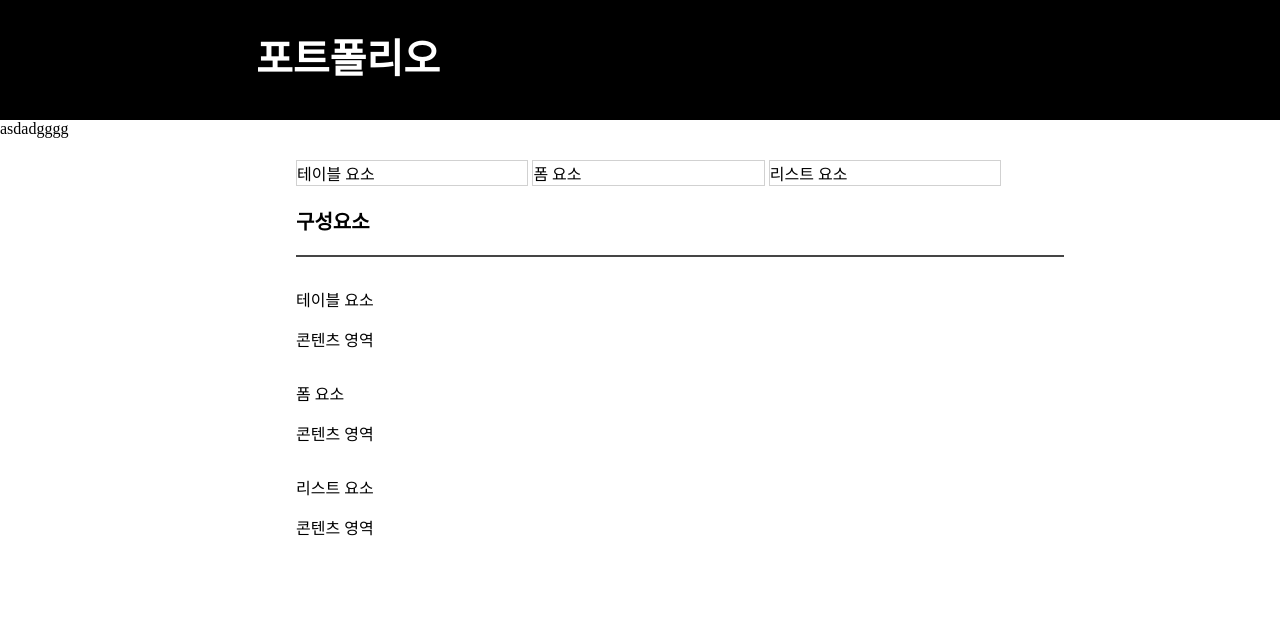
Repository: ItChoi/CSS-Study
Page: Css/WebContent/html/boostcourse/project-A1/portfolio.html
An editor plug-in stored every save of this project. The page is shown before and after the next save, followed by the edit.
The browser window is 1280 px wide. The pictures show the whole page.

Above is the page before, as saved 2019-06-18 10:28:35.

### Css/WebContent/html/boostcourse/project-A1/portfolio.html
<!DOCTYPE html>
<html>
<head>
	<link href="../../../css/boostcourse/project-A1/portfolio.css" rel="stylesheet" type="text/css">

</head>
<body>
	<div class="wrap">

		<div class="header">

		</div>

		<div class="content">

			<div class="con_header">
				<p class="title">포트폴리오</p>
			</div>

			<div class="con_content">

				<div class="button_list">
					<ul>
						<li class="button_elements">테이블 요소</li>
						<li class="button_elements">폼 요소</li>
						<li class="button_elements">리스트 요소</li>
					</ul>
				</div>

				<div class="element">
					<p class="element_title">구성요소</p>
					<hr/>

					<div class="elements_box">
						<div class="e_table ele">
							<div class="ele_title">
								<p>테이블 요소</p>
							</div>
							<div class="ele_content">
								콘텐츠 영역
							</div>
						</div>

						<div class="e_form ele">
							<div class="ele_title">
								<p>폼 요소</p>
							</div>
							<div class="ele_content">
								콘텐츠 영역
							</div>
						</div>

						<div class="e_list ele">
							<div class="ele_title">
								<p>리스트 요소</p>
							</div>
							<div class="ele_content">
								콘텐츠 영역
							</div>
						</div>

					</div>

				</div>

			</div>

		</div>

		<div class="footer">
		asdadgggg
		</div>


	</div>

</body>
</html>

### Css/WebContent/css/boostcourse/project-A1/portfolio.css
html, body, .wrap {
	margin: 0px;
	padding: 0px;
}

.header {
	width: 100%;
	height: 120px;
	background: #000;

	position: relative;
}

.content {
	position: absolute;
	top: 0;
	left: 20%;
	right: 20%;
}

.con_header {
	height: 120px;
}

.title {
	margin: 0px;
	color: #fff;
	font-size: 40px;
	font-weight: bold;
	line-height: 120px;
}

.con_content {
	width: 100%;
	padding-left: 40px;
	padding-right: 40px;
}

ul {
	margin: 0px;
	padding: 0px;
	margin-top: 40px;
	list-style: none;
}

.button_elements {
	display: inline-block;
	border:  1px solid #d1d1d1;
	width: 30%;
}

.button_elements:HOVER {
	background-color: #454545;
	font-weight: bold;
}

.element_title {
	font-size: 20px;
	color: #000;
	font-weight: bold;
}

hr {
	border: 1px solid #454545;
}

.elements_box {
	margin-top: 30px;

}

.ele {
	margin-bottom: 30px;
}

After the next save:
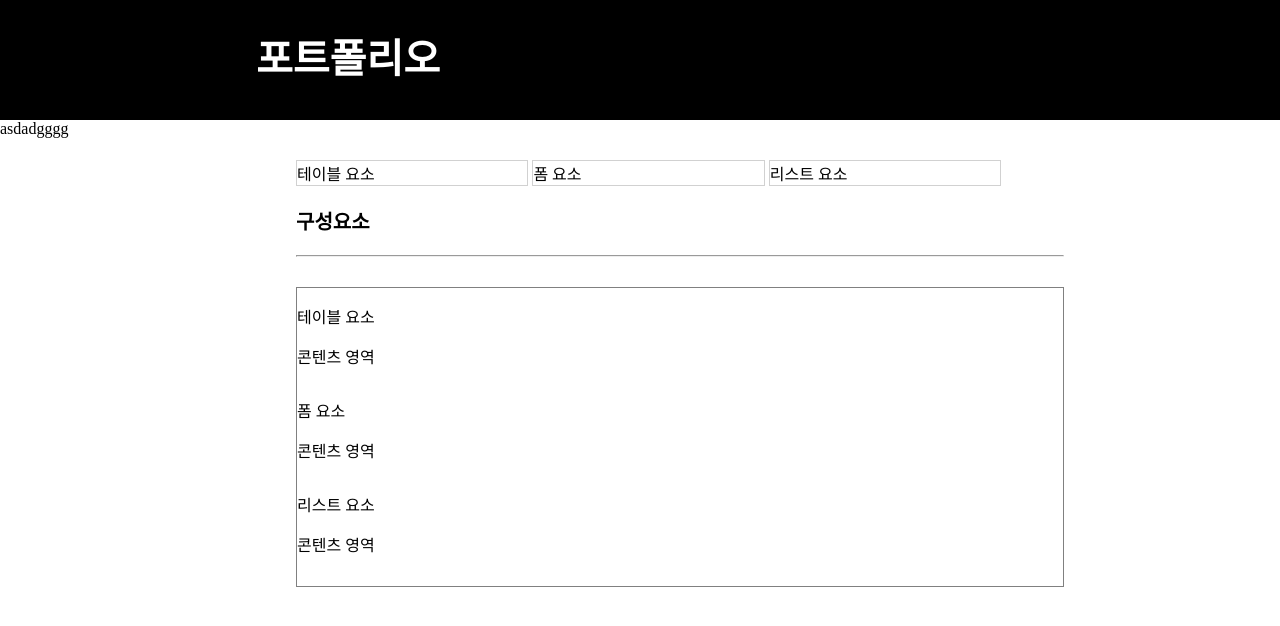
Saved 63 s later.
--- a/Css/WebContent/css/boostcourse/project-A1/portfolio.css
+++ b/Css/WebContent/css/boostcourse/project-A1/portfolio.css
@@ -61,12 +61,12 @@ ul {
 }
 
 hr {
-	border: 1px solid #454545;
+/* 	border: 1px solid #454545; */
 }
 
 .elements_box {
 	margin-top: 30px;
-
+	border: 1px solid gray;
 }
 
 .ele {
